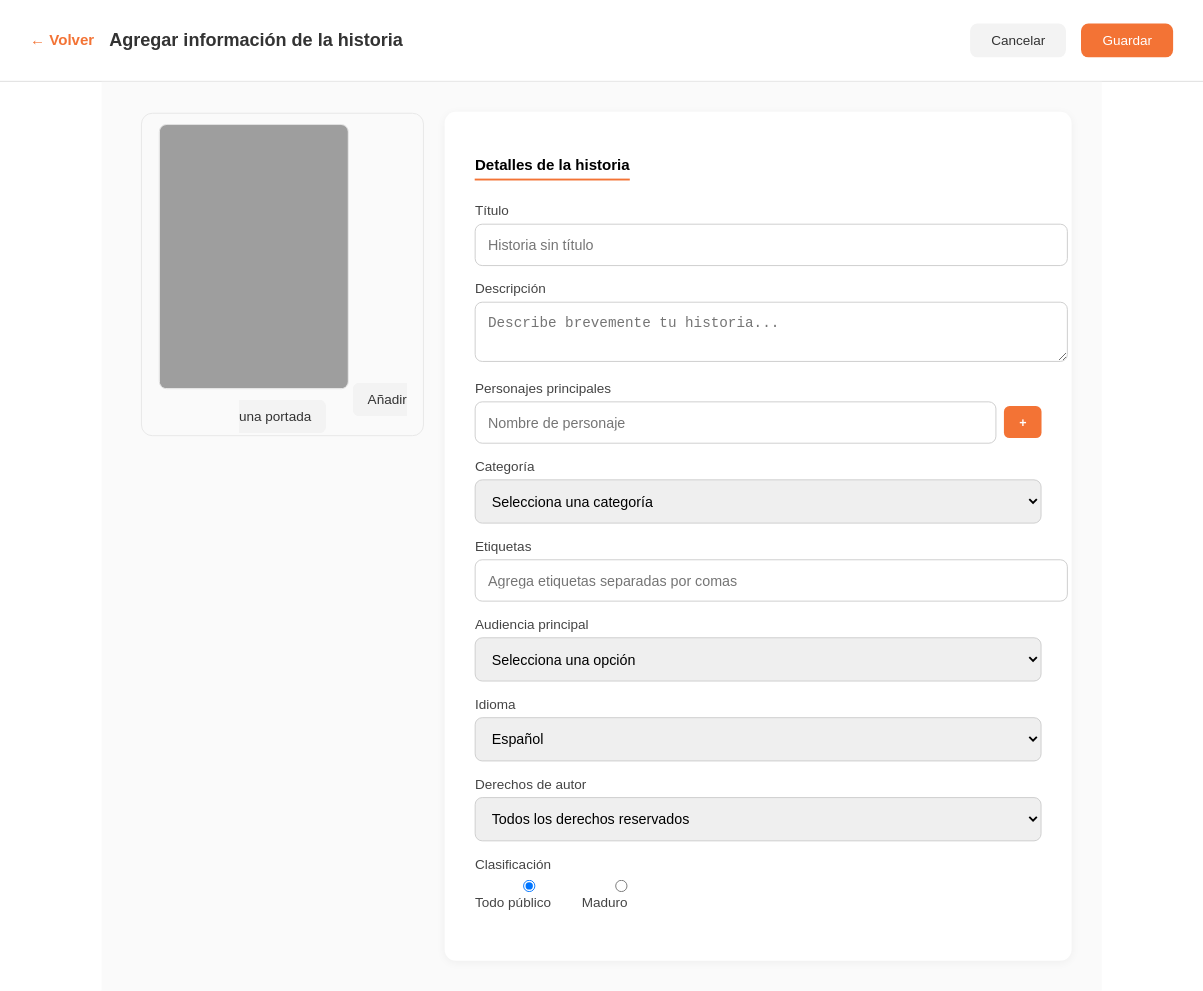
Repository: Mellowdarkl/willpig_studio
Page: .env/html_backup/indexCreti.html
An editor plug-in stored every save of this project. The page is shown before and after the next save, followed by the edit.
The browser window is 1280 px wide. The pictures show the whole page, at 94% of full size.
Pictures or frames that could not be fetched are drawn as grey boxes.

Above is the page before, as saved 2025-11-11 12:26:42.

After the next save:
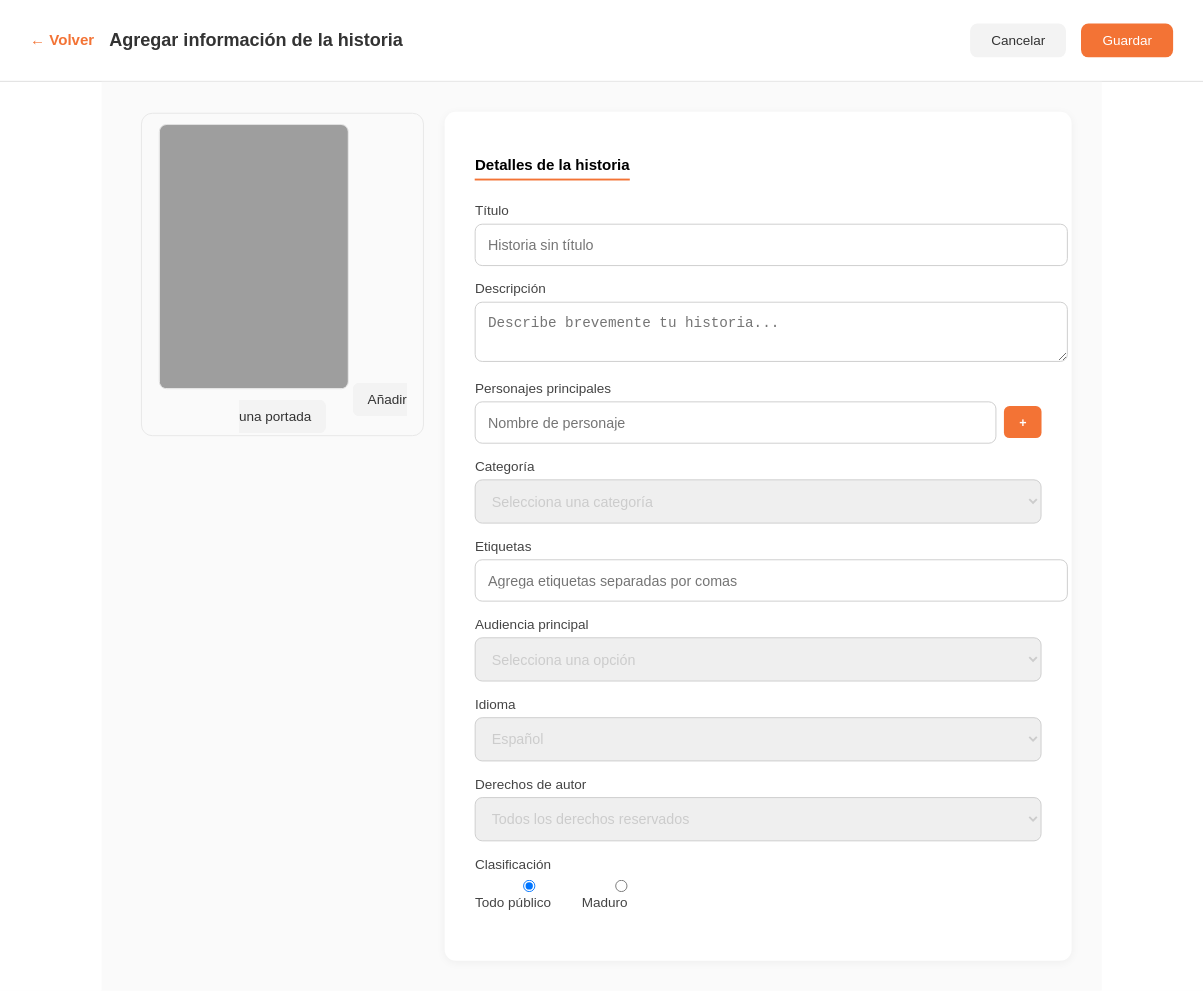
Saved 8 min 35 s later.
--- a/.env/html_backup/style1.2.css
+++ b/.env/html_backup/style1.2.css
@@ -1042,6 +1042,7 @@
   border-radius: 8px;
   font-size: 0.95rem;
   outline: none;
+  color: #ccc;
 }
 
 .inline-group {

After the save that followed:
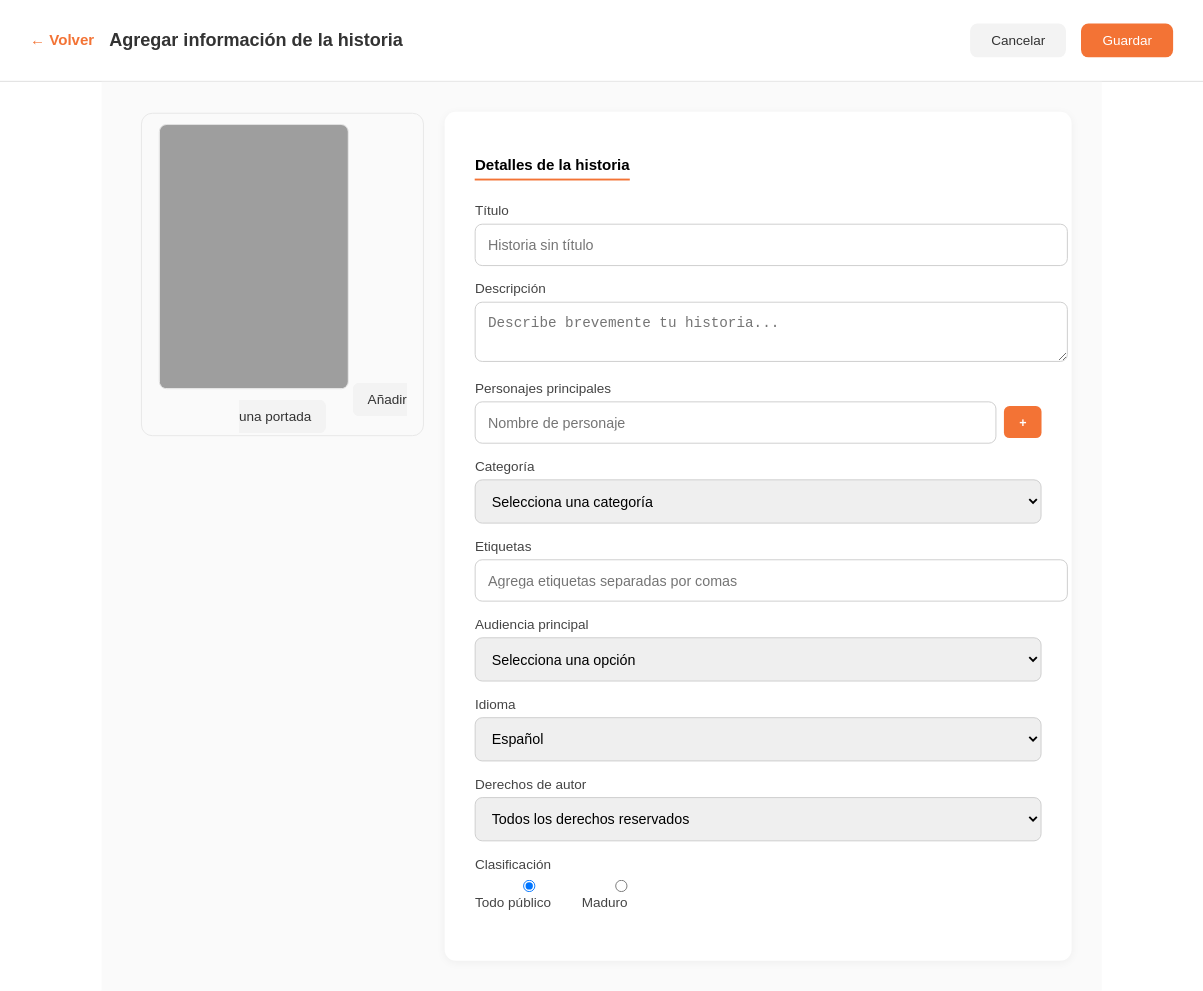
Saved 3 min 29 s later.
--- a/.env/html_backup/style1.2.css
+++ b/.env/html_backup/style1.2.css
@@ -1042,7 +1042,7 @@
   border-radius: 8px;
   font-size: 0.95rem;
   outline: none;
-  color: #ccc;
+  color: #ccc cadetblue;
 }
 
 .inline-group {
